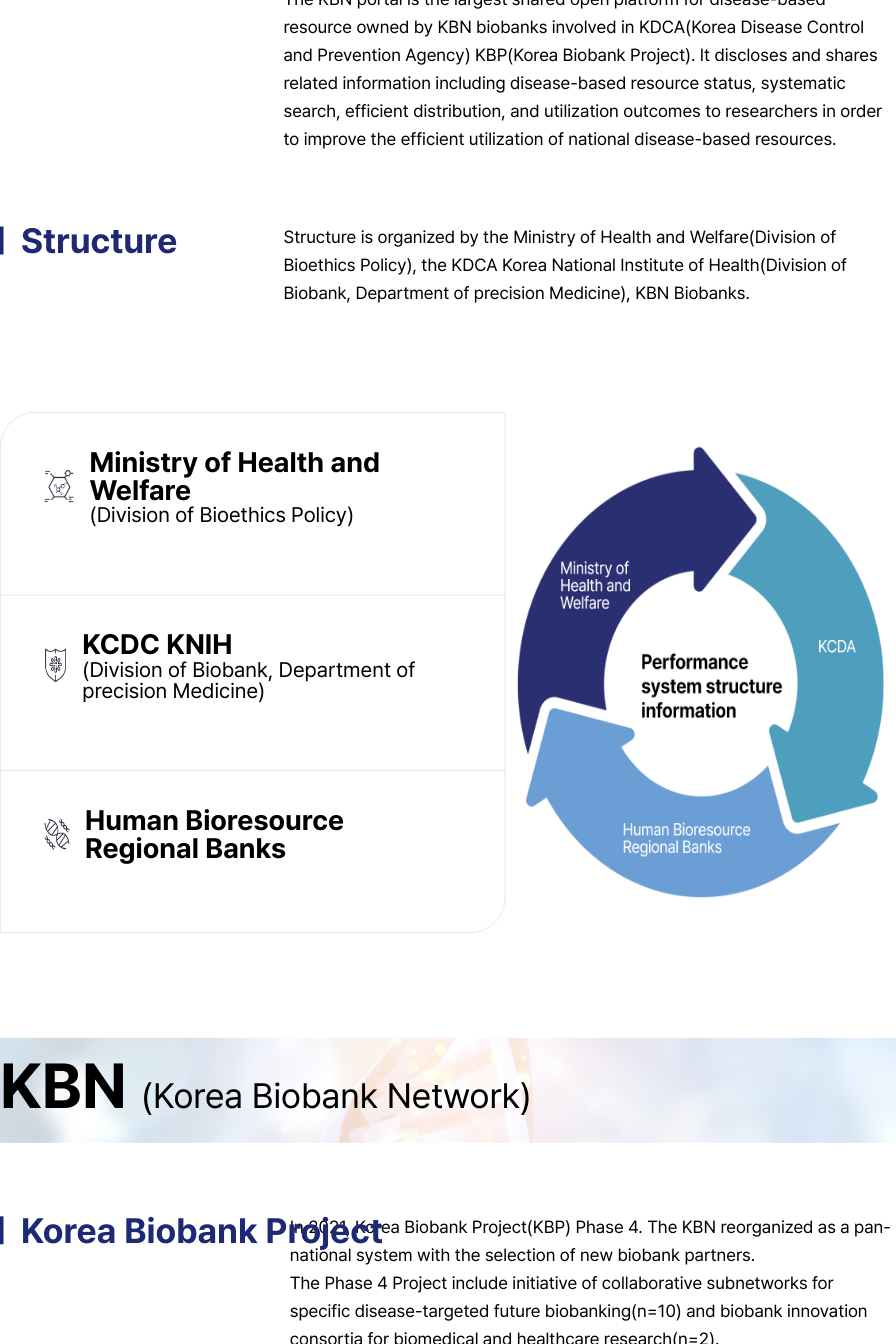
Repository: dlgywls1130/kbn_makedit
Page: index.html
These files come from the project's save history. The page is drawn as it stood at one moment and after the next save; the edit follows.
The browser window is 1280 px wide. The pictures show the part of the page from y = 1391 to 3311 px (the page is 5311 px tall), at 70% of full size.
Some web libraries are served in a nearby version.

Above is the page before, as saved 2023-10-15 16:41:59.

After the next save:
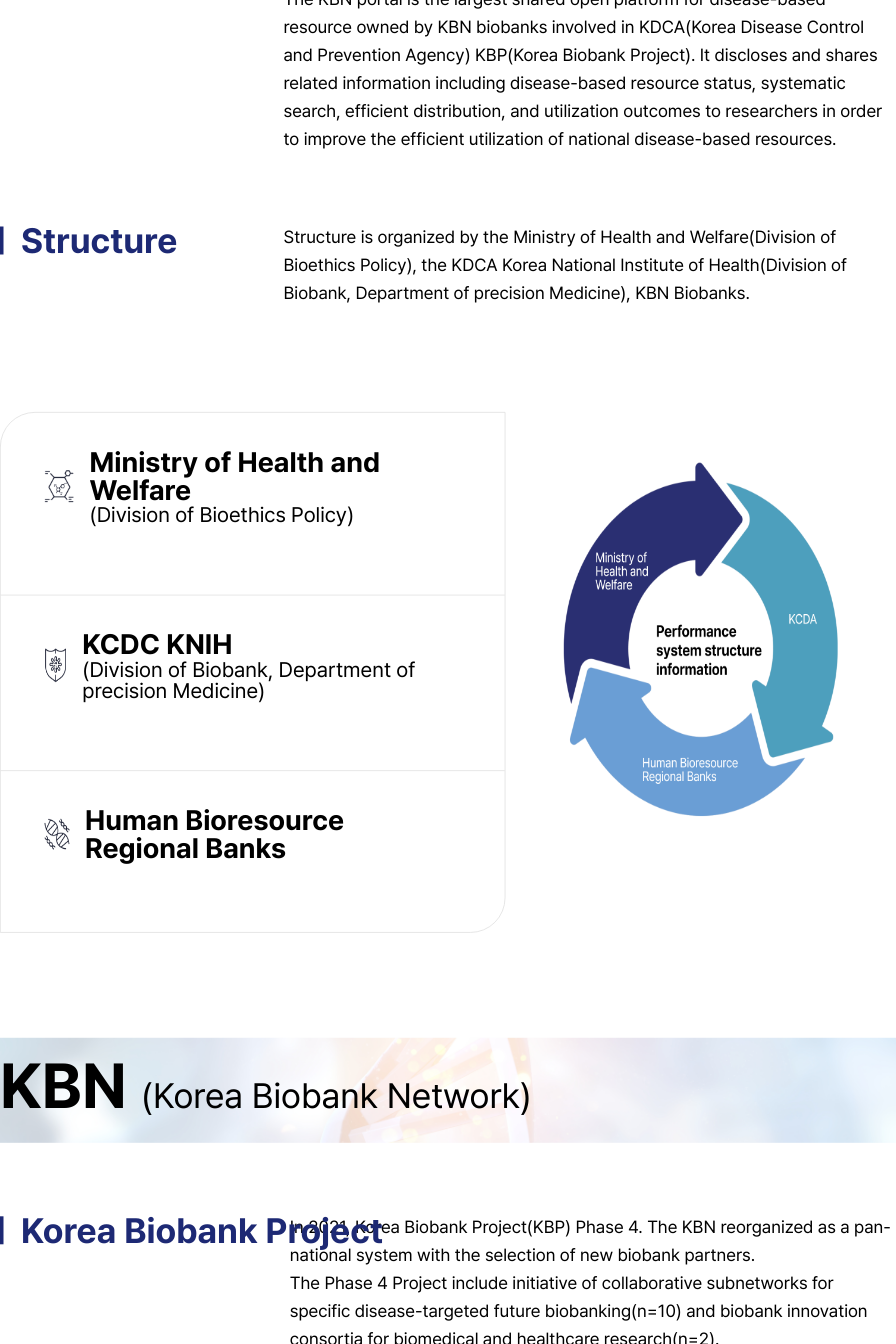
Saved 2 min 13 s later.
--- a/css/style.css
+++ b/css/style.css
@@ -299,7 +299,8 @@
 
 .about_acodian{
     display: flex;
-    align-items: center;
+    align-items: flex-start;
+    justify-content: space-between;
 }
 
 .acodian_list{
@@ -391,4 +392,6 @@
 .acodian_circle img{
     width: 100%;
     height: 100%;
-}
+    padding: 70px;
+    box-sizing: border-box;
+}
